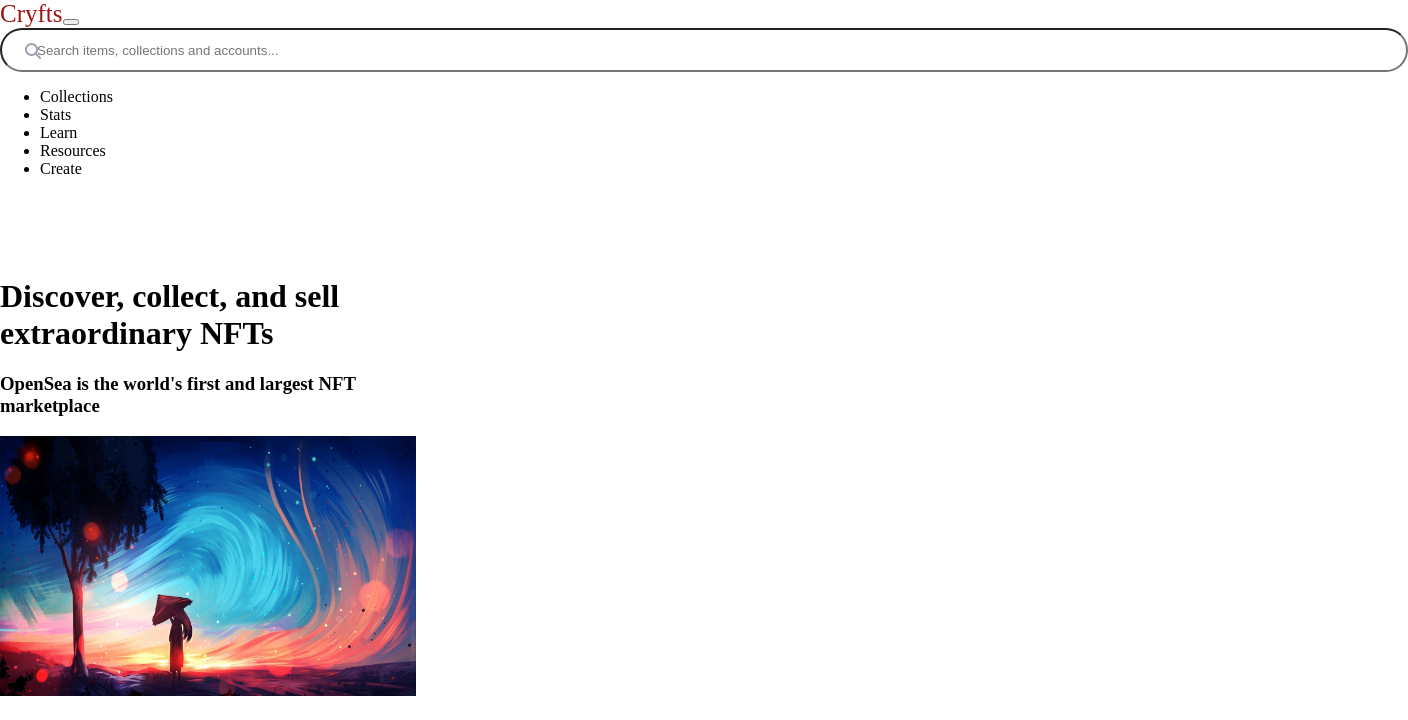
Repository: Huzaifa-2609/opensea_project
Page: /
These files come from the project's save history. The page is drawn as it stood at one moment and after the next save; the edit follows.
The browser window is 1280 px wide. The page is 1408 px wide, so the pictures cover 1408 px, including what lies to the right of the window. The pictures show the whole page.
Some web libraries are served in a nearby version. The project was rebuilt for these pictures with package versions that can differ from the ones it lists, and the page was loaded fresh each time. The framework's server and built-in components were replaced by stand-ins that run in the browser. Also part of the build but not shown: next.config.js, styles/hero.css, styles/Home.module.css.

Above is the page before, as saved 2022-07-09 17:52:17.

After the next save:
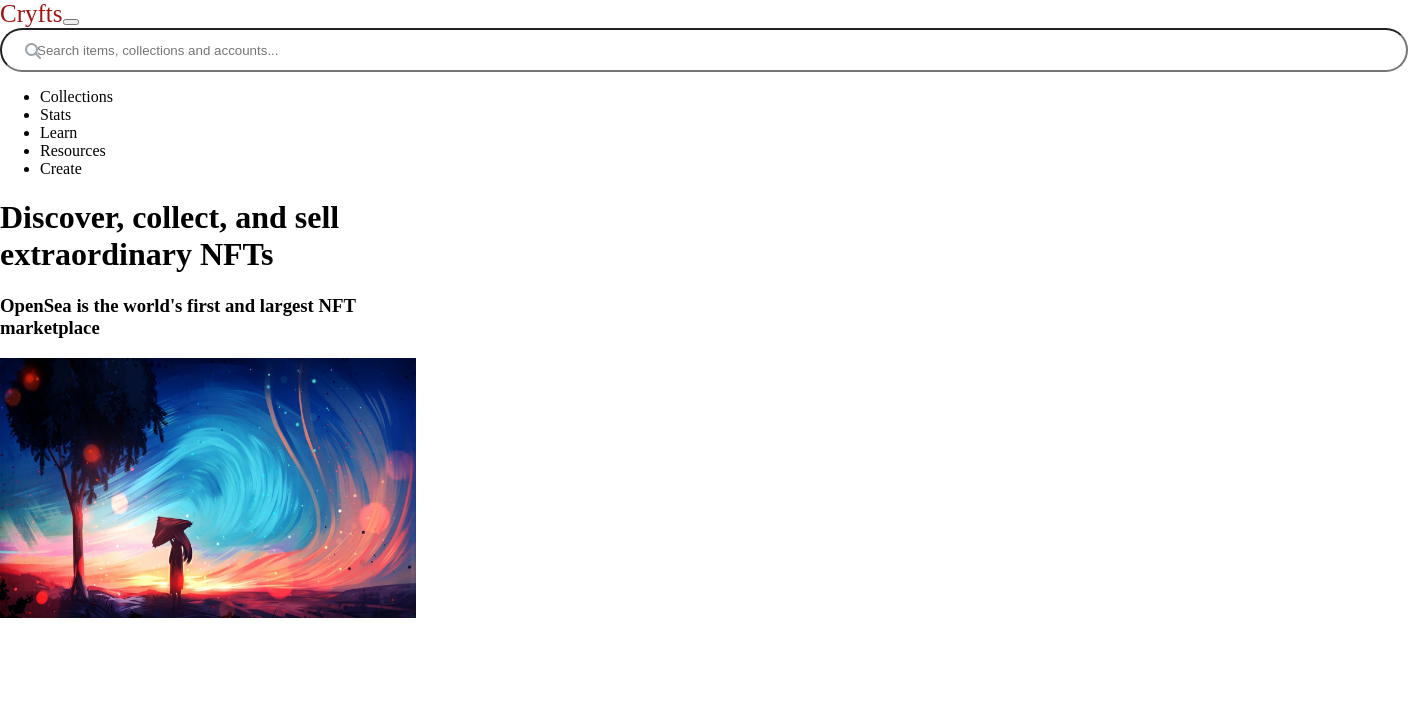
Saved 2 min 51 s later.
--- a/components/Hero.js
+++ b/components/Hero.js
@@ -9,7 +9,7 @@
   };
   return (
     <>
-      <div className="container d-flex justify-content-between " style={style}>
+      <div className="container d-flex justify-content-between " style={{backgroundImage:`url(${img})`}}>
         <div className="card mb-3 border-0 " style={{ width: "26rem"}}>
           <div className="card-body">
             <h1 className="card-title">Discover, collect, and sell extraordinary NFTs</h1>

After the save that followed:
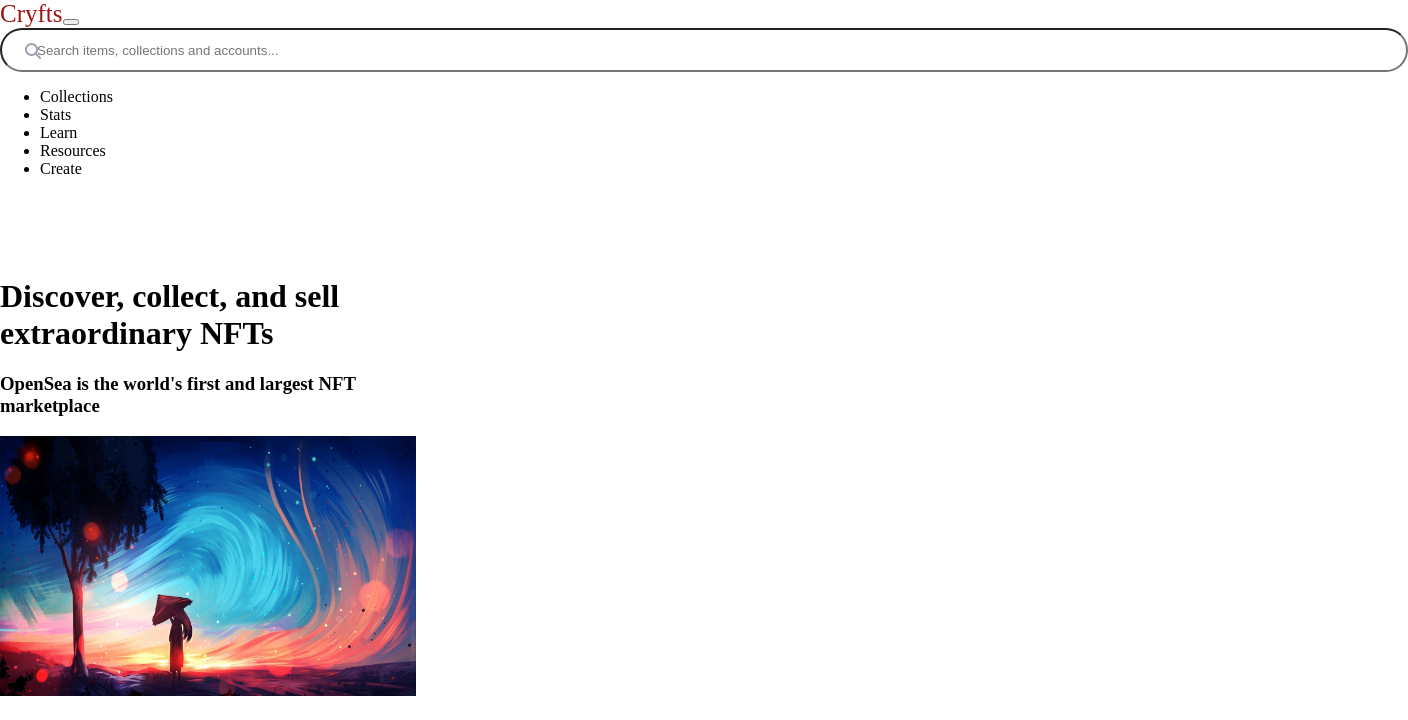
Saved 34 s later.
--- a/components/Hero.js
+++ b/components/Hero.js
@@ -9,7 +9,7 @@
   };
   return (
     <>
-      <div className="container d-flex justify-content-between " style={{backgroundImage:`url(${img})`}}>
+      <div className="container d-flex justify-content-between " style={{backgroundImage:`url(${img})`, marginTop: "100px",}}>
         <div className="card mb-3 border-0 " style={{ width: "26rem"}}>
           <div className="card-body">
             <h1 className="card-title">Discover, collect, and sell extraordinary NFTs</h1>
